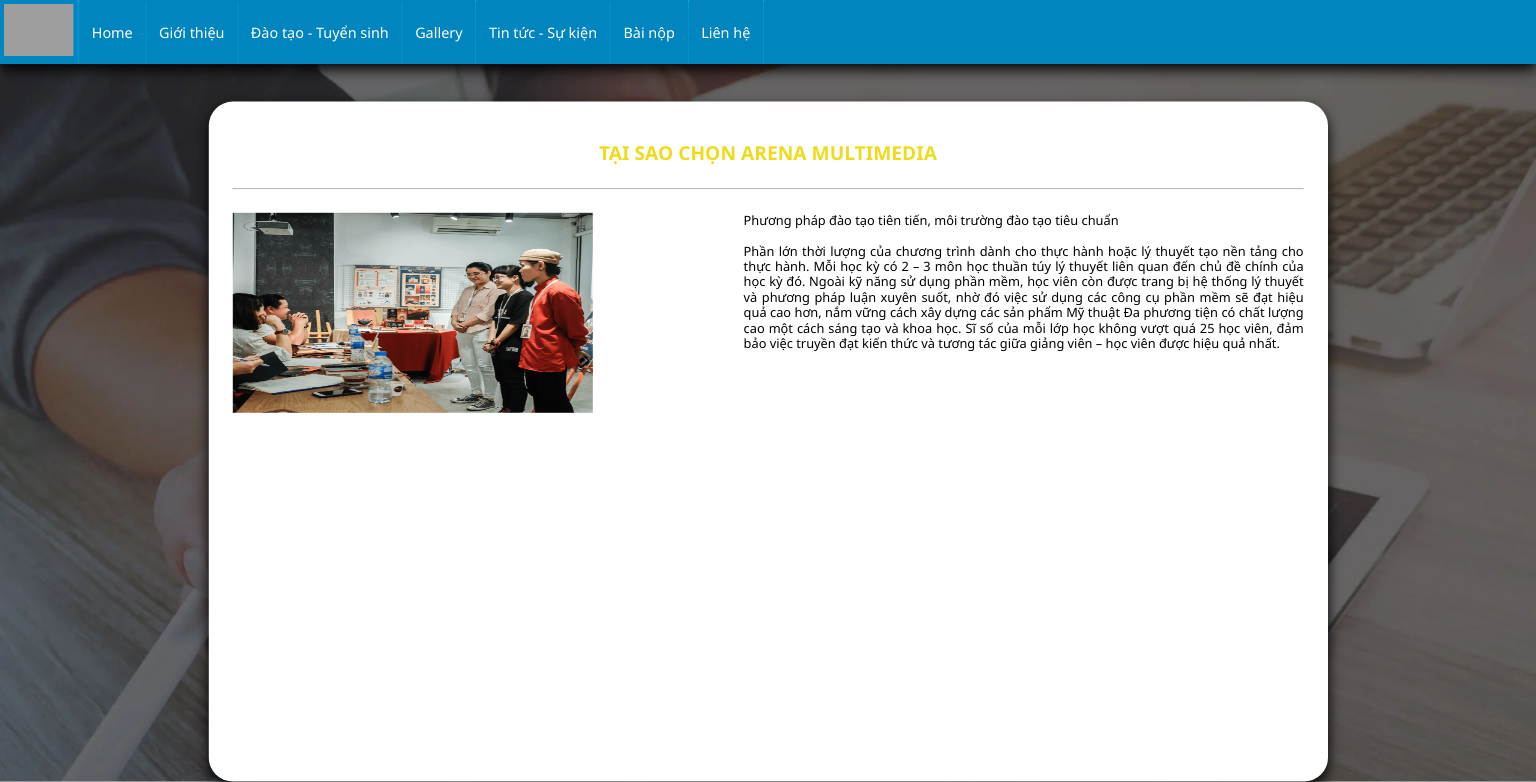
Repository: arena-dttan/dcw-final-exam-d2107m1
Page: final-list/DCW_Final_5_Nguyen-Thi-Thu-Huong_D2107M1/gioi-thieu.html
The author's editor kept a copy of each file at every save. The page is drawn from the files as they stood at one save, then again after a run of saves.
The browser window is 1280 px wide. The page is 1920 px wide, so the pictures cover 1920 px, including what lies to the right of the window. The pictures show the whole page, at 80% of full size.
Pictures or frames that could not be fetched are drawn as grey boxes.

Above is the page before, as saved 2022-06-26 15:20:34.

After the next 3 saves:
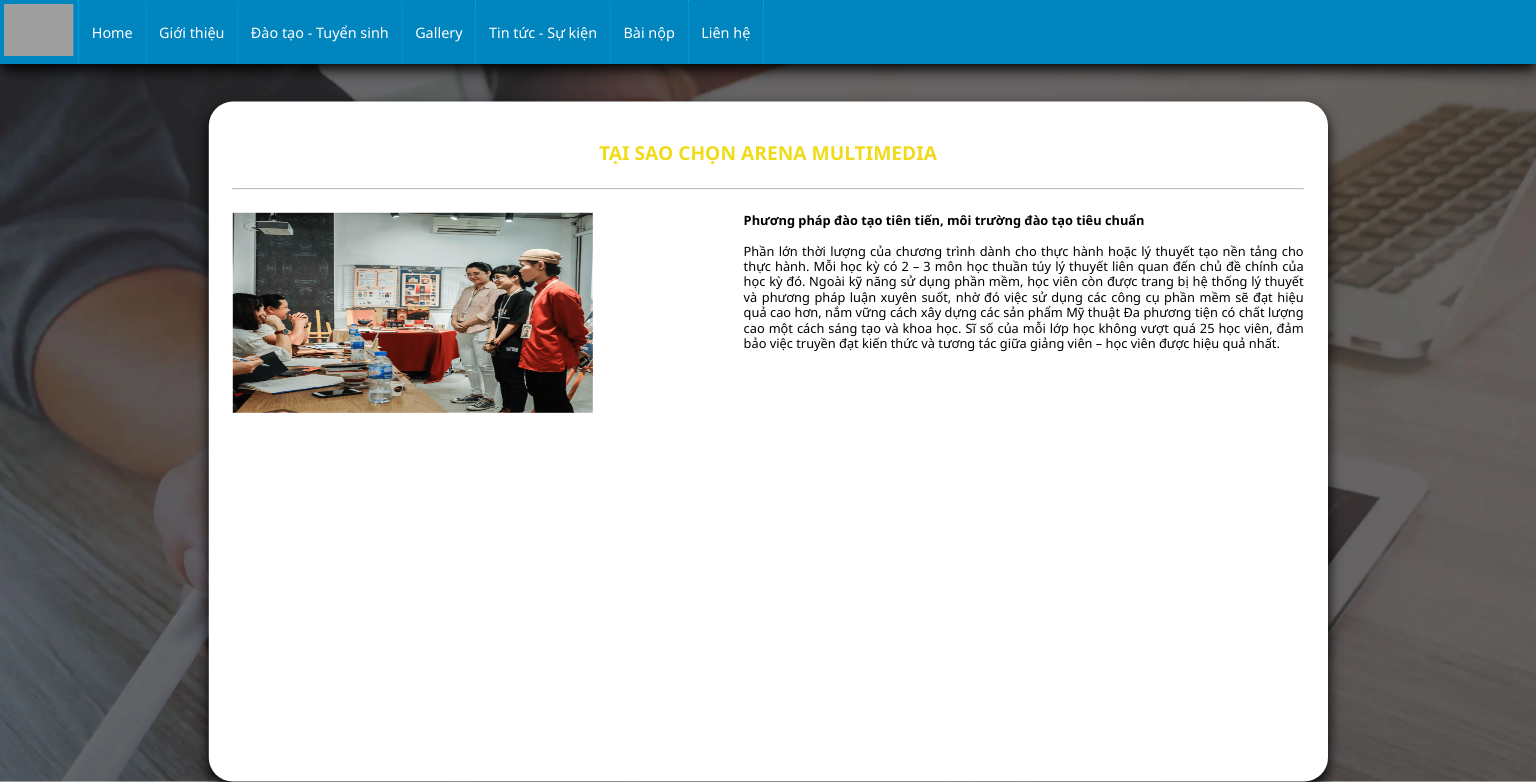
The 3 saves are shown as one change because they came seconds apart.
The last was saved 10 s later.
--- a/final-list/DCW_Final_5_Nguyen-Thi-Thu-Huong_D2107M1/gioi-thieu.html
+++ b/final-list/DCW_Final_5_Nguyen-Thi-Thu-Huong_D2107M1/gioi-thieu.html
@@ -68,7 +68,7 @@
                     <div class="img-test">
                         <img src="./images/gioi-thieu-1.png" alt="gioi-thieu-1">
                         <P>
-                        <b></b>Phương pháp đào tạo tiên tiến, môi trường đào tạo tiêu chuẩn</b>
+                        <b>Phương pháp đào tạo tiên tiến, môi trường đào tạo tiêu chuẩn</b>
                         <br>
                         <br>
                         Phần lớn thời lượng của chương trình dành cho thực hành hoặc lý thuyết
